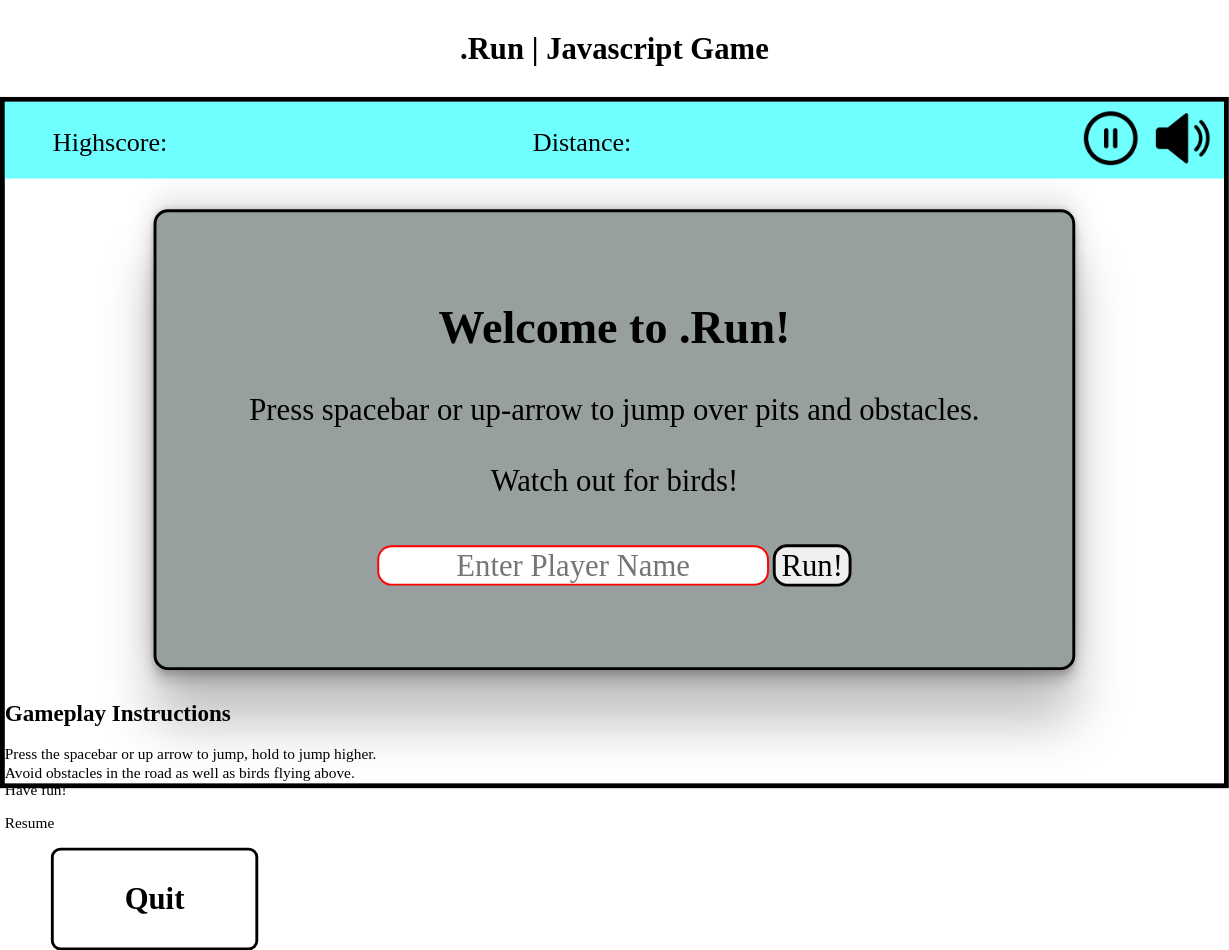
Repository: jellymel0n/bit-biker
Page: index.html
These files come from the project's save history. The page is drawn as it stood at one moment and after the next save; the edit follows.
The browser window is 1280 px wide. The pictures show the whole page, at 96% of full size.

Above is the page before, as saved 2021-07-05 10:57:19.

After the next save:
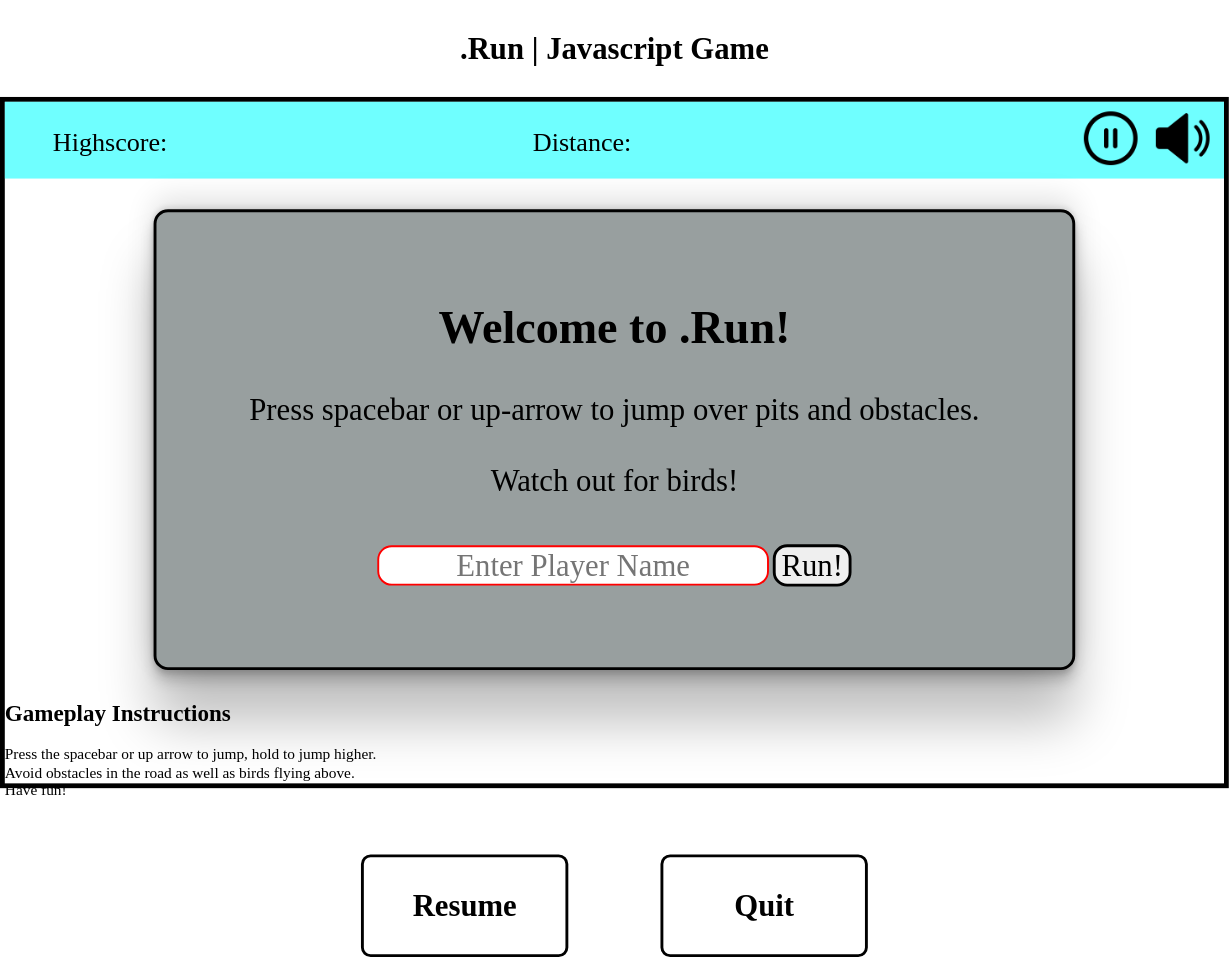
Saved 2 min 23 s later.
--- a/styles/styles.css
+++ b/styles/styles.css
@@ -120,7 +120,8 @@ button#savePlayer:hover {
 
 /* Pause screen styles */
 
-#pause-screen {
+#pause-screen,
+#help-screen {
     display: none;
     position: relative;
     width: 60rem;
@@ -133,12 +134,14 @@ button#savePlayer:hover {
     box-shadow: rgba(0, 0, 0, 0.25) 0px 54px 55px, rgba(0, 0, 0, 0.12) 0px -12px 30px, rgba(0, 0, 0, 0.12) 0px 4px 6px, rgba(0, 0, 0, 0.17) 0px 12px 13px, rgba(0, 0, 0, 0.09) 0px -3px 5px;
 }
 
-#pause-screen h2 {
+#pause-screen h2,
+#help-screen h2 {
     text-align: center;
     font-size: 3rem;
 }
 
-#pause-text {
+#pause-text,
+#help-text {
     text-align: center;
     font-size: 2rem;
     margin: 0 1rem;
@@ -156,14 +159,16 @@ button#savePlayer:hover {
     cursor: pointer;
 }
 
-#pause-btns{
+#pause-btns,
+#help-btns{
     display: flex;
     justify-content:center;
     margin-top: 3.6rem;
 }
 
 #help-btn,
-#quit-btn {
+#quit-btn,
+#resume-btn {
     border: solid 3px black;
     text-align: center;
     width: 17%;
@@ -176,9 +181,12 @@ button#savePlayer:hover {
 }
 
 #help-btn:hover,
-#quit-btn:hover {
+#quit-btn:hover,
+#resume-btn:hover {
     transform: scale(1.1);
     cursor: pointer;
     background-color: black;
     color: azure;
 }
+
+/* Help Screen Styles */
